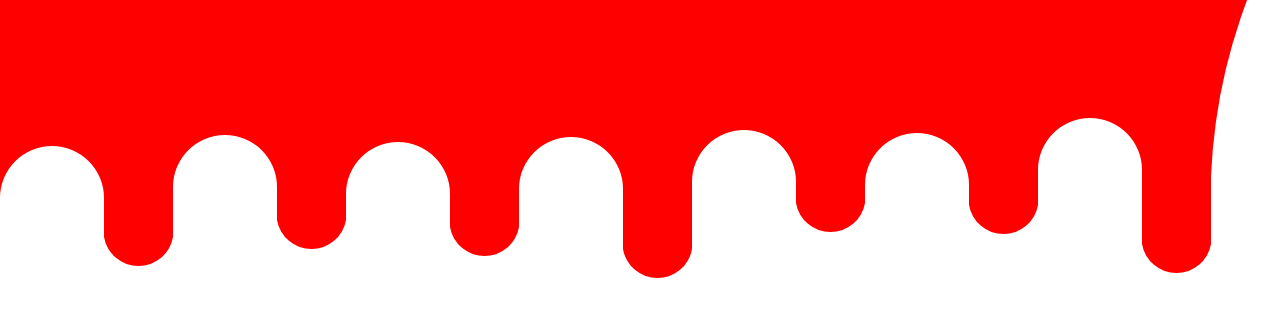
Repository: l-ollie/drip
Page: index.html
An editor plug-in stored every save of this project. The page is shown before and after the next save, followed by the edit.
The browser window is 1280 px wide. The pictures show the whole page.

Above is the page before, as saved 2022-06-30 17:57:10.

After the next save:
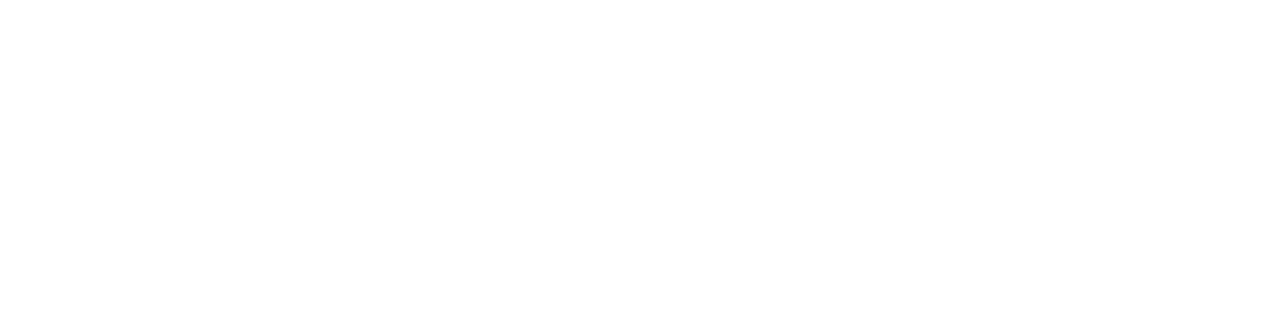
Console error: ReferenceError: svgWidth is not defined
Saved 82 s later.
--- a/drip.js
+++ b/drip.js
@@ -7,14 +7,15 @@
 	const height = 200;
 	let currentXPos = 0;
 
-	const svgWidth = Math.ceil(window.innerWidth / amount);
+	const windowWidth = window.innerWidth;
+	const pathWidth = Math.ceil(windowWidth / amount);
 
 	let svgElement = document.createElementNS('http://www.w3.org/2000/svg', 'svg');
 	svgElement.setAttributeNS(null, 'width', '100%');
 	svgElement.setAttributeNS(null, 'height', '100%');
 
 	for (let i = 0; i < amount; i++) {
-		svgElement.appendChild(lowDrip(svgWidth, height, i));
+		svgElement.appendChild(lowDrip(pathWidth, height, i));
 	}
 	document.getElementById('container').appendChild(svgElement);
 
@@ -40,7 +41,7 @@
 			height = Math.ceil(height - random);
 		}
 		if (i === amount - 1) {
-			width = currentXPos - svgWidth;
+			width = svgWidth - currentXPos;
 			console.log(width);
 		}
 

After the save that followed:
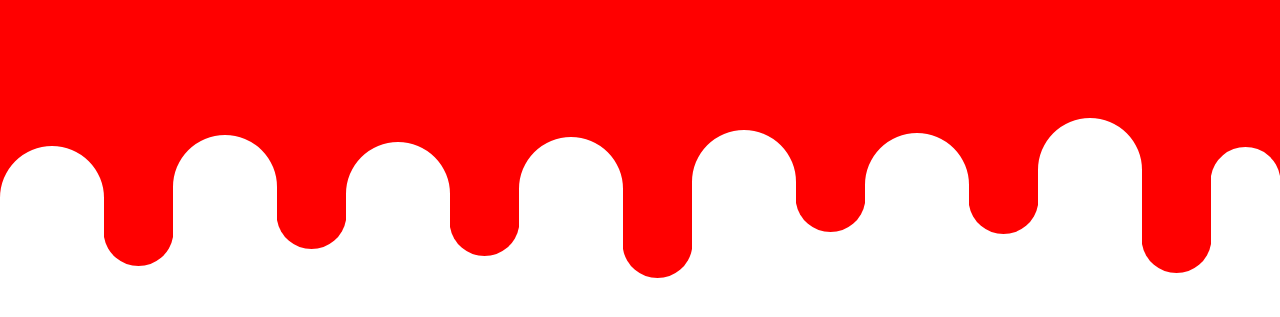
The error is gone.
Saved 5 s later.
--- a/drip.js
+++ b/drip.js
@@ -41,7 +41,7 @@
 			height = Math.ceil(height - random);
 		}
 		if (i === amount - 1) {
-			width = svgWidth - currentXPos;
+			width = windowWidth - currentXPos;
 			console.log(width);
 		}
 
